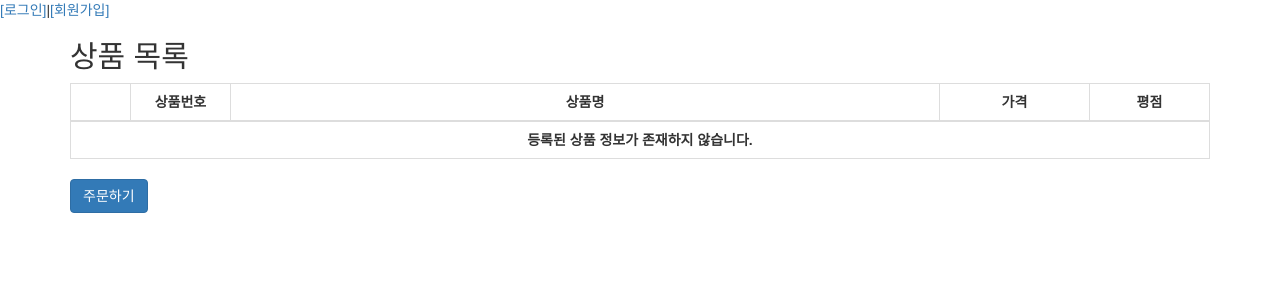
Repository: brotherdoor/shiba
Page: http://localhost/NBookShop_templete/productList.do
An editor plug-in stored every save of this project. The page is shown before and after a run of saves, followed by the edit.
The browser window is 1280 px wide. The pictures show the whole page.
The page is served by Tomcat 9. Queries for data that is not in the repository find no rows.

Above is the page before, as saved 2017-02-24 06:50:28.

After the next 2 saves:
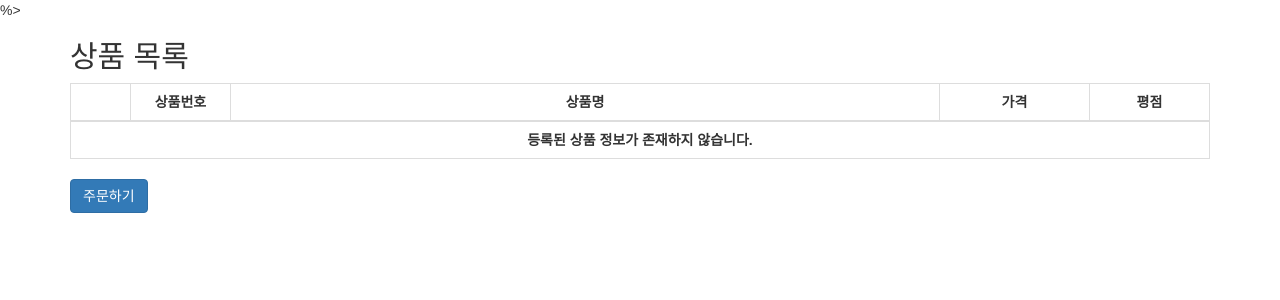
The 2 saves are shown as one change because they came seconds apart.
The last was saved 40 s later.
--- a/jsp/NBookShop_templete/WebContent/productList.jsp
+++ b/jsp/NBookShop_templete/WebContent/productList.jsp
@@ -10,7 +10,7 @@
     <link href="css/namoosori.css" rel="stylesheet">
 </head>
 <body>
-<%@ include file="header/header.jspf" %>
+%>
 <div class="container">
 <form action="order.do" method="post">
     <article>
